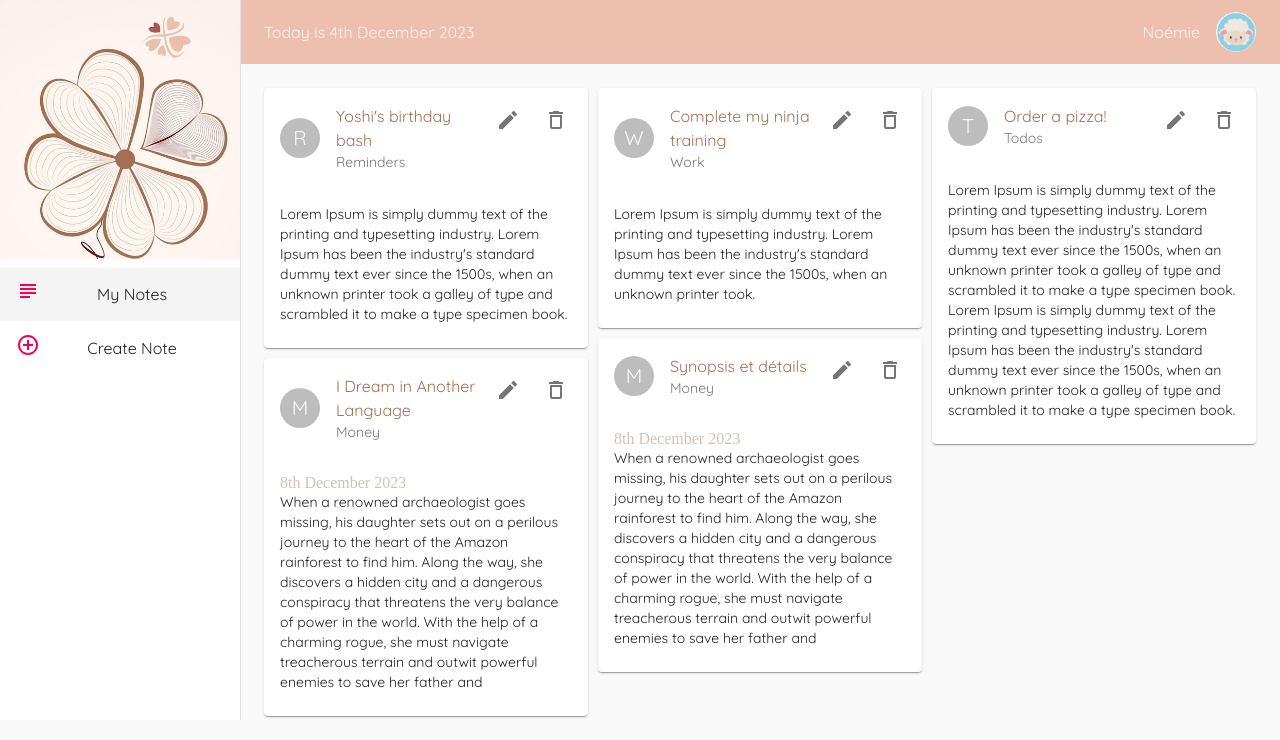
Repository: noemiepham/noemieblognote
Page: /
These files come from the project's save history. The page is drawn as it stood at one moment and after the next save; the edit follows.
The browser window is 1280 px wide. The pictures show the whole page.
The project was rebuilt for these pictures with package versions that can differ from the ones it lists, and the page was loaded fresh each time. Requests to the local data server were answered from the project's data file. Also part of the build but not shown: src/pages/Create.js.

Above is the page before, as saved 2023-12-08 16:37:01.

### public/index.html
<!DOCTYPE html>
<html lang="en">

<head>
  <meta charset="utf-8" />
  <meta name="viewport" content="width=device-width, initial-scale=1" />
  <meta name="theme-color" content="#000000" />
  <meta name="description" content="Web site created using create-react-app" />

  <link rel="stylesheet" href="https://fonts.googleapis.com/css?family=Roboto:300,400,500,700&display=swap" />
  <title>Material UI</title>
</head>

<body>
  <noscript>You need to enable JavaScript to run this app.</noscript>
  <div id="root"></div>
  <!--
      This HTML file is a template.
      If you open it directly in the browser, you will see an empty page.

      You can add webfonts, meta tags, or analytics to this file.
      The build step will place the bundled scripts into the <body> tag.

      To begin the development, run `npm start` or `yarn start`.
      To create a production bundle, use `npm run build` or `yarn build`.
    -->
</body>

</html>

### src/index.css
@import url('https://fonts.googleapis.com/css2?family=Open+Sans:ital,wght@0,400;1,300&family=Quicksand&display=swap');


body {
     margin: 0;
     -webkit-font-smoothing: antialiased;
     -moz-osx-font-smoothing: grayscale;
     background: #f9f9f9;
}

.my-masonry-grid {
     display: -webkit-box;
     /* Not needed if autoprefixing */
     display: -ms-flexbox;
     /* Not needed if autoprefixing */
     display: flex;
     margin-left: -20px;
     /* gutter size offset */
     width: auto;
}

.my-masonry-grid_column {
     padding-left: 20px;
     /* gutter size */
     background-clip: padding-box;

}

.my-masonry-grid_column>div {
     /* change div to reference your elements you put in <Masonry> */
     margin-bottom: 30px;
}

img {
     width: 100%;
     height: 100%;
     object-fit: cover;
}

header.MuiPaper-root.MuiAppBar-root.MuiAppBar-positionFixed.MuiAppBar-colorPrimary.makeStyles-appbar-7.mui-fixed.MuiPaper-elevation0 {
     background-color: #ecbfae;
}

### src/App.js
import React from "react";
import { BrowserRouter, Routes, Route } from "react-router-dom";
import Notes from "./pages/Notes";
import Create from "./pages/Create";
import { createTheme, ThemeProvider } from "@material-ui/core";
import Layout from "./pages/Layout";
const theme = createTheme({
  palette: {
    primary: {
      light: "#d9c8ba ",
      main: "#d1c2b6",
      dark: "#9d6854 ",
      contrastText: "#fbf2ed",
    },
  },
  typography: {
    fontFamily: "Quicksand",
    fontWeightLight: 400,
    lineHeight: 30,
  },
});

function App() {
  return (
    <ThemeProvider theme={theme}>
      <BrowserRouter>
        <Routes>
          <Route path="/" element={<Layout />}>
            <Route path="" element={<Notes />} />
            <Route path="create" element={<Create />} />
            <Route path="edit/:id" element={<Create />} />
          </Route>
        </Routes>
      </BrowserRouter>
    </ThemeProvider>
  );
}

export default App;

### src/pages/Notes.js
import { useEffect, useState } from "react";
import NoteCard from "../components/NoteCard";
import Masonry, { ResponsiveMasonry } from "react-responsive-masonry";
import { useNavigate } from "react-router-dom";

const Notes = () => {
  const [notes, setNotes] = useState([]);
  const navigate = useNavigate();

  useEffect(() => {
    fetch("http://localhost:8000/notes")
      .then((res) => res.json())
      .then((data) => setNotes(data));
  }, []);

  const handleDelete = async (id) => {
    await fetch("http://localhost:8000/notes/" + id, {
      method: "DELETE",
    });

    const newNotes = notes.filter((note) => note.id !== id);

    setNotes(newNotes);
  };
  const handleEdit = (note) => {
    navigate("/edit/" + note);
  };
  return (
    <ResponsiveMasonry columnsCountBreakPoints={{ 350: 1, 750: 2, 900: 3 }}>
      <Masonry columnsCount={3} gutter="10px">
        {notes.map((note) =>
          note ? (
            <NoteCard
              note={note}
              handleDelete={handleDelete}
              handleEdit={handleEdit}
              spacing={3}
            />
          ) : (
            ""
          )
        )}
      </Masonry>
    </ResponsiveMasonry>
  );
};

export default Notes;

### src/pages/Layout.js
import { Outlet, useLocation, useNavigate } from "react-router-dom";
import { Avatar, Drawer, Typography, makeStyles } from "@material-ui/core";
import List from "@material-ui/core/List";
import ListItem from "@material-ui/core/ListItem";
import ListItemText from "@material-ui/core/ListItemText";
import { AddCircleOutline, SubjectOutlined } from "@material-ui/icons";
import { AppBar, Toolbar } from "@material-ui/core";
import format from "date-fns/format/index";

const drawerWidth = 240;
const useStyles = makeStyles((theme) => {
  return {
    page: {
      background: "#f9f9f9",
      width: "100%",
      padding: theme.spacing(3),
    },
    drawer: {
      width: drawerWidth,
    },
    drawerPaper: {
      width: drawerWidth,
    },
    root: {
      display: "flex",
    },
    active: {
      background: "#f4f4f4",
    },
    title: {
      padding: theme.spacing(3),
    },
    appbar: {
      width: `calc(100% - ${drawerWidth}px)`,
    },
    toolbar: theme.mixins.toolbar,
    date: {
      flexGrow: 1,
    },
    avatar: {
      marginLeft: theme.spacing(2),
    },
  };
});

function Layout() {
  const navigate = useNavigate();
  const location = useLocation();
  const classes = useStyles();
  const menuItems = [
    {
      text: "My Notes",
      icon: <SubjectOutlined color="secondary" />,
      path: "/",
    },
    {
      text: "Create Note",
      icon: <AddCircleOutline color="secondary" />,
      path: "/create",
    },
  ];

  return (
    <div className={classes.root}>
      {/*  App bar */}
      <AppBar className={classes.appbar} elevation={0}>
        <Toolbar>
          <Typography className={classes.date}>
            Today is {format(new Date(), "do MMMM Y")}
          </Typography>
          <Typography>Noémie</Typography>
          <Avatar src="sheep.png" className={classes.avatar} />
        </Toolbar>
      </AppBar>
      {/* side drawer */}
      <Drawer
        className={classes.drawer}
        variant="permanent"
        anchor="left"
        classes={{ paper: classes.drawerPaper }}
      >
        <div>
          <img alt="Remy Sharp" src="logoBlog.jpg" />
        </div>
        <List>
          {menuItems.map((item) => (
            <ListItem
              key={item.text}
              button
              onClick={() => navigate(item.path)}
              className={
                location.pathname === item.path ? classes.active : null
              }
            >
              <ListItemText>{item.icon}</ListItemText>
              <ListItemText primary={item.text} />
            </ListItem>
          ))}
        </List>
      </Drawer>
      <div className={classes.page}>
        <div className={classes.toolbar}></div>
        <Outlet />
      </div>
    </div>
  );
}

export default Layout;

### src/components/NoteCard.js
import {
  Avatar,
  Card,
  CardContent,
  CardHeader,
  Typography,
  makeStyles,
} from "@material-ui/core";
import { IconButton } from "@material-ui/core";
import { yellow, green, pink, blue } from "@material-ui/core/colors";
import { DeleteOutline } from "@material-ui/icons";
import EditIcon from "@material-ui/icons/Edit";

const useStyles = makeStyles({
  title: {
    fontSize: 16,
    fontWeight: 500,
    color: "#a56f56 ",
  },
  detail: {
    lineHeight: 30,
  },
  avatar: {
    backgroundColor: (note) => {
      console.log(note.category);
      if (note.category === "Work") {
        return yellow[700];
      }
      if (note.category === "Money") {
        return green[500];
      }
      if (note.category === "Todos") {
        return pink[500];
      } else {
        return blue[500];
      }
    },
  },
  poster: {
    margin: 20,
    color: "#a17056",
  },
});

function NoteCard({ note, handleDelete, handleEdit }) {
  const classes = useStyles(note);
  //console.log("sfsqdfdsf", note);
  return (
    <div>
      <Card elevation={1} className={classes.test}>
        <CardHeader
          avatar={
            <Avatar className={classes.avatar}>
              {note.category[0]?.toUpperCase()}
            </Avatar>
          }
          action={
            <div>
              <IconButton onClick={() => handleEdit(note?.id)}>
                <EditIcon />
              </IconButton>
              <IconButton onClick={() => handleDelete(note?.id)}>
                <DeleteOutline />
              </IconButton>
            </div>
          }
          title={
            <Typography className={classes.title}>{note?.title}</Typography>
          }
          subheader={note?.category}
        />
        <CardContent>
          <Typography variant="poster" color="primary">
            {note?.currentDate}
          </Typography>
          <Typography variant="body2">{note?.details}</Typography>
        </CardContent>
      </Card>
    </div>
  );
}

export default NoteCard;

### db.json
{
  "notes": [{
      "title": "Yoshi's birthday bash",
      "details": "Lorem Ipsum is simply dummy text of the printing and typesetting industry. Lorem Ipsum has been the industry's standard dummy text ever since the 1500s, when an unknown printer took a galley of type and scrambled it to make a type specimen book.",
      "category": "Reminders",
      "id": 1
    },
    {
      "title": "Complete my ninja training",
      "details": "Lorem Ipsum is simply dummy text of the printing and typesetting industry. Lorem Ipsum has been the industry's standard dummy text ever since the 1500s, when an unknown printer took.",
      "category": "Work",
      "id": 2
    },
    {
      "title": "Order a pizza!",
      "details": "Lorem Ipsum is simply dummy text of the printing and typesetting industry. Lorem Ipsum has been the industry's standard dummy text ever since the 1500s, when an unknown printer took a galley of type and scrambled it to make a type specimen book.\nLorem Ipsum is simply dummy text of the printing and typesetting industry. Lorem Ipsum has been the industry's standard dummy text ever since the 1500s, when an unknown printer took a galley of type and scrambled it to make a type specimen book.",
      "category": "Todos",
      "id": 3
    },
    {
      "title": "Synopsis et détails",
      "details": "When a renowned archaeologist goes missing, his daughter sets out on a perilous journey to the heart of the Amazon rainforest to find him. Along the way, she discovers a hidden city and a dangerous conspiracy that threatens the very balance of power in the world. With the help of a charming rogue, she must navigate treacherous terrain and outwit powerful enemies to save her father and",
      "category": "Money",
      "currentDate": "8th December 2023",
      "id": 12
    },
    {
      "title": "I Dream in Another Language",
      "details": "When a renowned archaeologist goes missing, his daughter sets out on a perilous journey to the heart of the Amazon rainforest to find him. Along the way, she discovers a hidden city and a dangerous conspiracy that threatens the very balance of power in the world. With the help of a charming rogue, she must navigate treacherous terrain and outwit powerful enemies to save her father and",
      "category": "Money",
      "currentDate": "8th December 2023",
      "id": 13
    }
  ]
}

Loaded but not shown: src/index.js (common file)

After the next save:
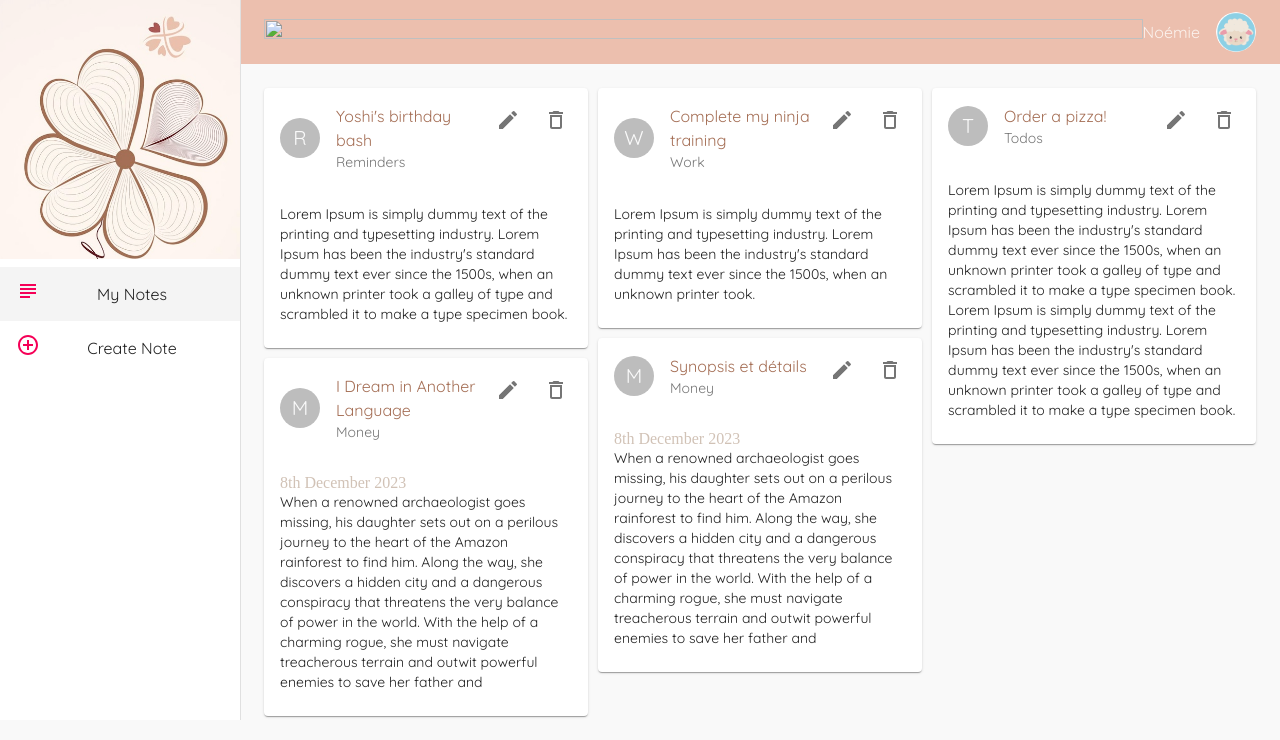
Saved 6 min 26 s later.
--- a/src/pages/Layout.js
+++ b/src/pages/Layout.js
@@ -66,7 +66,7 @@ function Layout() {
       <AppBar className={classes.appbar} elevation={0}>
         <Toolbar>
           <Typography className={classes.date}>
-            Today is {format(new Date(), "do MMMM Y")}
+            <img src=""></img>
           </Typography>
           <Typography>Noémie</Typography>
           <Avatar src="sheep.png" className={classes.avatar} />
